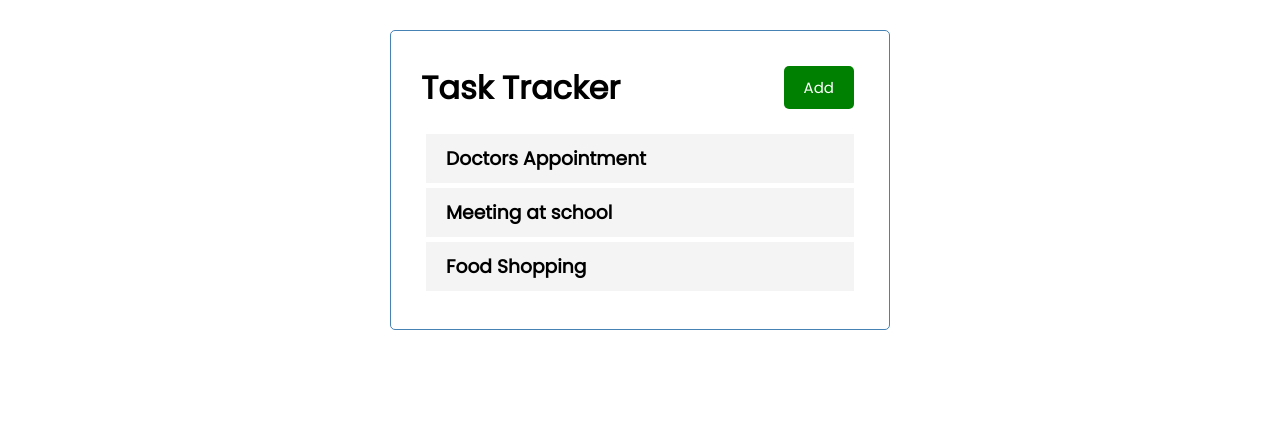
Repository: solutionsforeverything/React-task-tracker
Page: /
An editor plug-in stored every save of this project. The page is shown before and after a run of saves, followed by the edit.
The browser window is 1280 px wide. The pictures show the whole page.
The project was rebuilt for these pictures with package versions that can differ from the ones it lists, and the page was loaded fresh each time.

Above is the page before, as saved 2021-02-25 16:08:38.

After the next 3 saves:
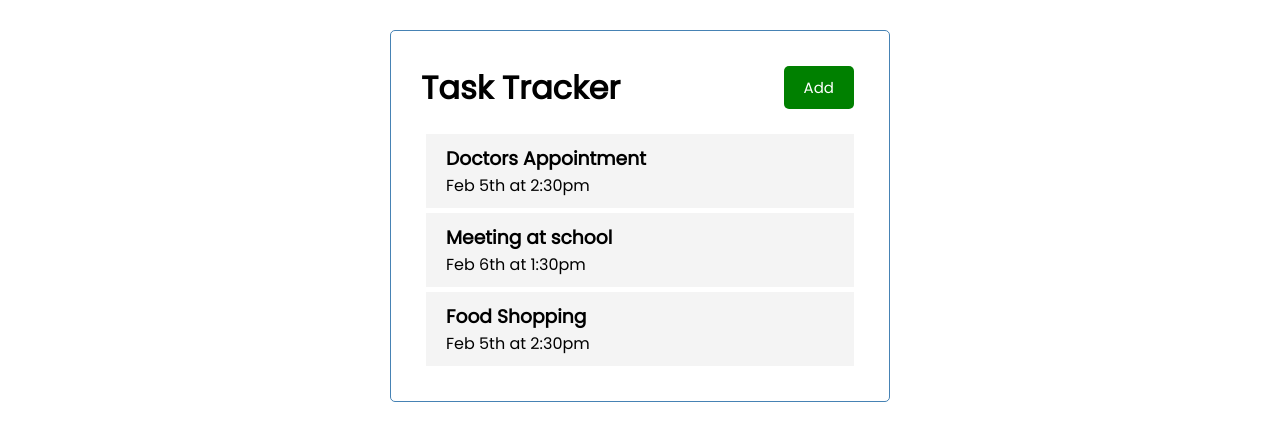
The 3 saves are shown as one change because they came seconds apart.
The last was saved 62 s later.
--- a/src/Components/Task.js
+++ b/src/Components/Task.js
@@ -3,6 +3,7 @@ const Task = ({task}) => {
     return (
         <div className="task">
            <h3>{task.text}</h3>
+           <p>{task.day}</p>
         </div>
     )
 }
